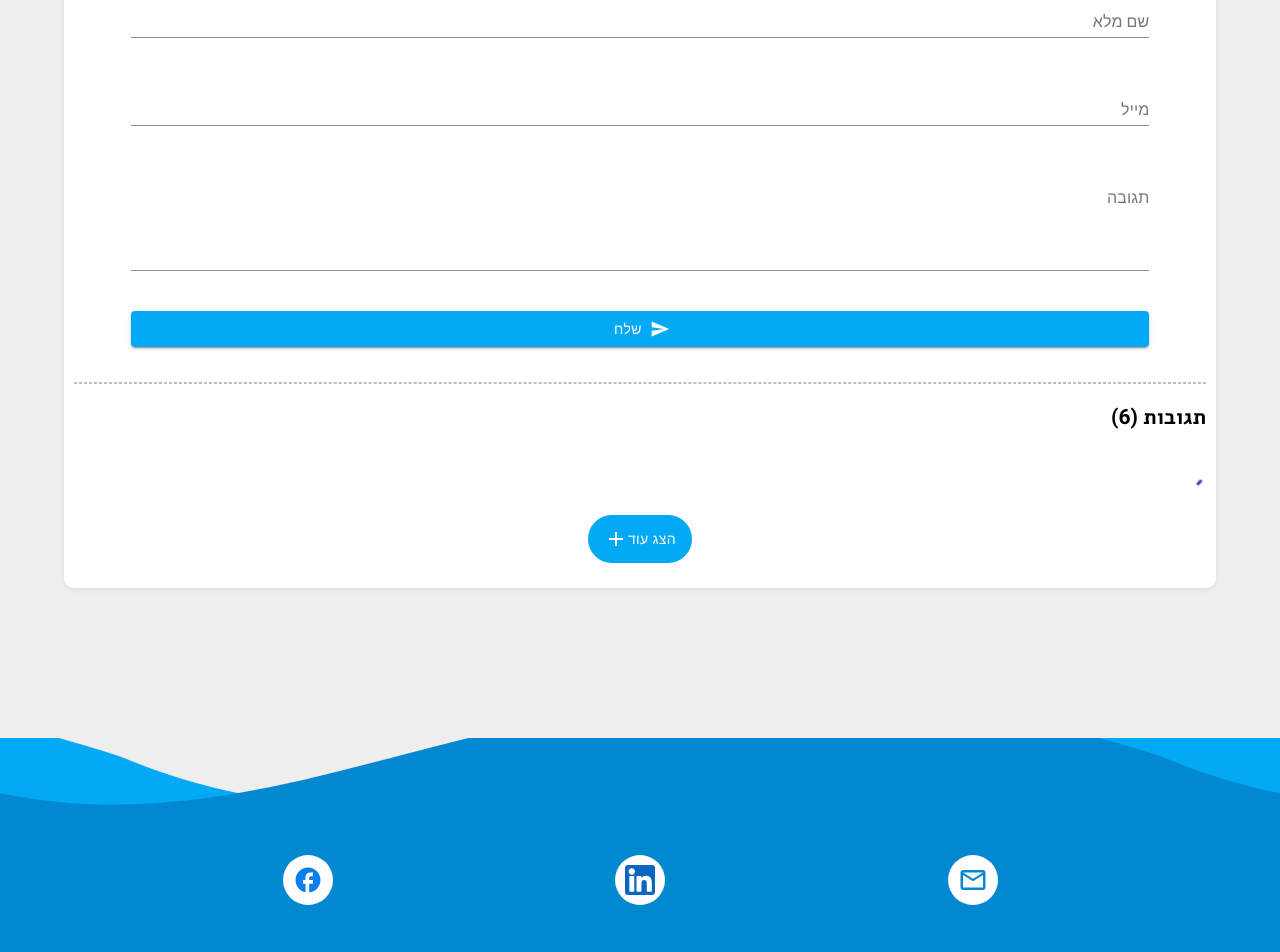
Repository: Ylan-sayada/blog-web-junior
Page: /article/1
These files come from the project's save history. The page is drawn as it stood at one moment and after the next save; the edit follows.
The browser window is 1280 px wide. The pictures show the part of the page from y = 693 to 1645 px (the page is 1645 px tall before and 1640 px after).
The project was rebuilt for these pictures with package versions that can differ from the ones it lists, and the page was loaded fresh each time. Also part of the build but not shown: src/common/mainComponents/Header.tsx, src/utils/isEmail.ts, src/common/vendorComponents/materialUi/input/NewsletterInput.tsx, src/utils/getRect.ts, src/common/mainComponents/Newsletter.tsx, src/common/components/ect/Img.tsx, src/common/components/ect/PreviewArticle.tsx, src/common/mainComponents/ArticleWidgetGenerator.tsx and 5 more.

Above is the page before, as saved 2021-06-04 12:02:55.

### src/common/mainComponents/Main.tsx
import React from 'react';
import Home from './Home';
import { Switch, Route } from "react-router-dom";
import Blog from './Blog';
import About from './About';
import Article from './Article';
export default function Main(): JSX.Element {

    return (
        <React.Fragment>
            <Switch>
                <Route exact path="/">
                    <Home />
                </Route>

                <Route path="/about">
                    <About />
                </Route>

                <Route path="/blog">
                    <Blog />
                </Route>
                <Route path="/article/:id" >
                    <Article />
                </Route>
            </Switch>
        </React.Fragment>
    )
}

### src/common/components/ect/CounterDay.tsx
import React from 'react'
import countDay from '../../../utils/countDay';

export default function CounterDay(props: { dateStart: Date, foundWork: boolean }) {
    let dayElapsed = countDay(props.dateStart);
    let classState = props.foundWork ? "green" : "yellow";
    //also if the mission is accomplished the counter will continue to count day.
    //to resolve this we should to stock the day that the mission is accomplished
    return (
        <div className={`counter-day ${classState}`}>
            <div>
                <p>{dayElapsed} <br /> <strong>{dayElapsed > 1 ? "ימים" : "יום"}</strong></p>
            </div>

            <div>
                <p dir="rtl">מצב המשימה העיקרית </p>
                <p className="bold">{props.foundWork ? "משימה הושלמה!" : "ממשיכים בהרפתקאות"} </p>
            </div>
        </div>
    )
}

### src/utils/LangContext.ts
import React from 'react'
const LangContext = React.createContext({});
export const langData = {
    "heb":{
        "Home":{
            "ArticleWidgetGenerator" :{
                    "latest":"פוסטים אחרונים",
                    "oldest" : "פוסטים ישנים",
                    "hotest" : "להיטים"
                }
        }
    },
    "eng":{
        "Home":{
            "ArticleWidgetGenerator" :{
                "latest":"פוסטים אחרונים",
                "oldest" : "פוסטים ישנים",
                "hotest" : "להיטים"
                }
        }
    }

};
export const LangProvider = LangContext.Provider;
export const LangConsumer = LangContext.Consumer;
export default LangContext;

### src/ressources/scss/index.scss
@import './helpers/variable.scss';
@import './base/reset.scss';
@import './helpers/fonctions';
@import './helpers/animations.scss';
@import './layout/header.scss';
@import './layout/nav.scss';
@import './layout/footer.scss';
@import './components/CounterDay.scss';
@import './components/RoundedIcone.scss';
@import './components/PreviewArticle.scss';
@import './components/socialIcones.scss';
@import './components/Newsletter.scss';
@import './components/TitleLine.scss';
@import './components/Img.scss';
@import './components/MiniPresentation.scss';
@import './components/Drawer.scss';
@import './components//Article.scss';
@import './base/generalConfig.scss';
@import './components/fineSep.scss';

### src/common/components/ect/ScrollTop.tsx
import { useEffect } from "react";
import { useLocation } from "react-router-dom";

export default function ScrollTop() {
    const { pathname } = useLocation();

    useEffect(() => {
        window.scrollTo(0, 0);
    }, [pathname]);

    return null;
}

### src/common/components/stylised title/TitleLine.tsx
import React from 'react'
import isHebrew from '../../../utils/isHebrew';
import GetTitle from '../ect/GetTitle';
interface ContainChildren<Type>{
    children:Type;
    size:SizeMode
}
type SizeMode = 'very small'| 'small' | 'medium' | 'large' | 'extra large';
export default function TitleLine(props:ContainChildren<string>){
    let initClass = isHebrew(props.children) ? "title-line heb" : "title-line eng";
    let initContent = isHebrew(props.children)?
     <React.Fragment><span className="line"/><span className="content">{props.children}</span></React.Fragment>
     :
     <React.Fragment><span className="content">{props.children}</span><span className="line"/></React.Fragment>

    return (
        <React.Fragment>
            <GetTitle size={props.size} className={initClass}>{initContent}</GetTitle>
        </React.Fragment>
    );
}

### src/common/components/hoc/WithLink.tsx
import React from 'react';
import { Link } from 'react-router-dom';
import isExternal from '../../../utils/isExternal';
declare namespace JSX {

    class ObjectContainsProps<ContainSomething>{
        props:ContainSomething;
    }
}
interface ContainUrl{
    link : string;
}
/**
 * @param El React element we want to add url
 * @param url Url added to the El
 * @returns
 */
function WithLink(El:React.ReactElement,url?:string):React.ReactElement;
/**
 * @param El React element we want to add url should contain link props
 * @returns
 */
function WithLink (El:JSX.ObjectContainsProps<ContainUrl>,url:string=""):React.ReactElement{
    let link = url === "" ? El.props.link : url ;
    let Parent = isExternal(link) ?
    <a href={link} target="_blank" rel="noreferrer">{El}</a>   :   <Link to={link}>{El}</Link>
    return (
        <React.Fragment>
        {Parent}
        </React.Fragment>
    )
}
export default WithLink

### src/common/components/sep/FineSep.tsx
import React from 'react'

export default function FineSep(props: { dashed?: boolean }) {
    return (
        <div className={`fine-sep ${props.dashed ? 'dashed' : ''}`} ></div>
    )
}

### src/common/components/ect/MiniPresentation.tsx
import React from 'react'
import RoundedIcone from './RoundedIcone'

export default function MiniPresentation(props: any) {
    return (
        <div className="mini-presentation">
            <h3 style={{ color: "black" }}>{props.name}</h3>
            <span className="sub-desc">{props.titleDesc}</span>
            <RoundedIcone width="80px" image={props.image} />
            <p>{props.desc}</p>
        </div>
    )
}

### src/utils/countDay.ts
export default function countDay(dateStart:Date,dateEnd?:Date){
    let res = typeof(dateEnd) != 'undefined' ?dateEnd.getTime() - dateStart.getTime() : Date.now() - dateStart.getTime();
    res = (res / (1000*60*60*24));
    return Math.floor(res);
}

### src/ressources/scss/helpers/variable.scss
$base-color:#03A9F4;
$secondary-color:#0288D1;
$text-light-color:#FFFFFF;
$text-dark-color:#212121;
$text-dark-secondary-color:#757575;
$divider-color:#BDBDBD;
$big:1.4rem;
$small:0.8rem;
$nav-height:56px;
$facebook: #097feb;
$twitter:#1c9cea;
$linkedin:#0a66c2;

### src/ressources/scss/helpers/fonctions/index.scss
@import './imgBackground.scss';

### src/ressources/scss/helpers/fonctions/imgBackground.scss
@mixin imgBackground($img){
    background-image: url($img);
    background-repeat: no-repeat;
    background-size: cover;
}

### src/ressources/scss/helpers/animations.scss
@keyframes addedContent{
    0%{
        position: relative;
        top: 0px;
        transform: rotate(0);
    }
    25%{
        top: -15px;
        transform: rotate(10deg);
    }
    50%{
        top: 0px;
        transform: rotate(0);
    }
    75%{
        top: 15px;
        transform: rotate(-10deg);
    }
    100%{
        top: 1px;
        transform: rotate(0);
    }
}
@keyframes opacityTransition {
    from{
        opacity: 0;
    }
    to{
        opacity: 1;
    }
}

### src/ressources/scss/layout/header.scss
.header {
    @include imgBackground('/ressources/img/code.jpg');
    height: calc(100vh - #{$nav-height});
    display: flex;
    justify-content: center;
    width: 100vw;

    .content-header {
        display: flex;
        flex-direction: column;
        justify-content: space-evenly;
        padding: 20px;
        background-color: rgba(255, 255, 255, 0.9);
        align-self: center;
        width: 80%;
        height: 80%;
        h1{
            color: $base-color;
            font-weight: bold;
            font-size: 1.5em;
            text-align: center;
        }
        p{
            text-align: right;
            font-size: 0.9em;
            line-height: 1.2em;
        }
        .header-button{
            width:100%;
            color: $text-light-color;
            background-color: $text-dark-color;
        }

    }
}

### src/ressources/scss/layout/nav.scss
@import '../helpers/variable' ;
.navBar{
    background-color: $base-color;
    color: $text-light-color;
    justify-content: space-between;

    .right-side{
        display: flex;
        align-items:center;
    }
}

### src/ressources/scss/layout/footer.scss
.footer-content {

    .socialIcones {
        align-items: center;
        height: 20vh;
        background-color: $secondary-color;

        a {
            display: flex;
            background-color: white;
            padding: 10px;
            border-radius: 100%;

            &.facebook-icone {
                color: $facebook;
            }

            &.linkedin-icone {
                color: $linkedin;
            }

            &.mail-icone {
                color: $secondary-color;
            }
        }
    }


}

### src/ressources/scss/components/CounterDay.scss
.counter-day{
    display: flex;
    justify-content: space-evenly;
    padding: 5px;

    font-size: $small;
    >div{
        align-self: center;
        text-align: center;
    }
    &.green{
        background-color: green;
        color:$text-light-color;
    }
    &.yellow{
        background-color: yellow;
        color:$text-dark-color;
    }
}

### src/ressources/scss/components/RoundedIcone.scss
.roundedIcone{
    border-radius: 80%;
    background-repeat: no-repeat;
    background-size:contain;
    background-position: center;
}

### src/ressources/scss/components/subDesc.scss
.sub-desc{
    color:$text-dark-secondary-color;
    font-size: $small;
}

### src/ressources/scss/components/socialIcones.scss
@import '../helpers/flexPlacement';
.socialIcones{
    @extend .inlineFlex;
    @extend .equalSpace;
    width:100%;
     & svg{
         width: 30px;
         height:30px;

     }
}

### src/ressources/scss/helpers/flexPlacement.scss
.inlineFlex{
    display: flex;
}
.equalSpace{
    justify-content: space-evenly;
}

### src/ressources/scss/components/Newsletter.scss
.newsletter {
    display: flex;
    flex-direction: column;
    text-align: center;
    padding: 20px 0;
    line-height: 1.5rem;
    >svg {
        background-color: $base-color;
        border-radius: 100%;
        padding: 5px;
        align-self: center;
        fill: $text-light-color;
        font-size: 2.5rem;
        margin: 20px;
    }

    p {
        display: flex;
        align-items: center;
        justify-content: center;



    }

    .newsletter.send {
        justify-content: center;

        .opacityTransition {
            font-weight: bold;
            white-space: nowrap;
            animation: opacityTransition 1s linear;
        }

        .sendSvg {
            margin-right: 30px;
            color: green;
            animation: addedContent 3s linear alternate;
        }
    }

    @import './NewsletterInput.scss';
}

### src/ressources/scss/components/NewsletterInput.scss
@use '../vendors/material-ui/resetInput';

.newsletter-input {
  display: flex;
  justify-content: space-evenly;
  flex-direction: column;

  >* {
    margin: 10px 0;
  }

  label {
    right: 0;
    left: auto;
  }

  @include resetInput.resetInput;
}

### src/ressources/scss/vendors/material-ui/resetInput.scss
@use '../../helpers/variable.scss'as variable;

@mixin resetInput {

    .MuiFormLabel-root.Mui-focused {
        color: variable.$base-color !important;
    }


    .MuiInput-underline::after {
        border-bottom: 2px solid variable.$base-color !important;
    }


    button {
        background-color: variable.$base-color !important;
        color: variable.$text-light-color !important;
    }

}

### src/ressources/scss/components/TitleLine.scss
.title-line {
    display: flex;
    margin: 10px 0;
    .content {
        font-size: 1.2em;
        font-weight: bold;
        flex-grow: 1;
        text-align: center;
    }

    .line {
        flex-grow: 10;
        display: flex;
        align-self: center;
        justify-content: space-around;
    }

    .line::after,
    .line::before {
        content: "";
        display: flex;
        height: 1px;
        width: 50%;
        align-self: baseline;
    }

    &.eng {
        .line::after {
            background-color: #e2e2e2;
        }

        .line::before {
            background: linear-gradient(to right, #bfa279, #e2e2e2);
        }
    }

    &.heb {
        .line::after {
            background: linear-gradient(to left, #bfa279, #e2e2e2);
        }

        .line::before {
            background-color: #e2e2e2;
        }
    }
}

### src/ressources/scss/components/Img.scss
.img-div {
    width: 100vw;
    min-height: 180px;
    height: auto;
    background-size: cover;
}

### src/ressources/scss/components/MiniPresentation.scss
@import './subDesc.scss';
.mini-presentation{
    text-align: center;
    & h1{
        font-weight: bold;
    }
    & .roundedIcone{
        margin: 20px auto;
    }
    & p{
        line-height: 1.4em;
    }
}

### src/ressources/scss/components/Drawer.scss
@import './socialIcones.scss';
.content-drawer{
    overflow-y:scroll;
    padding: 0 5%;
    & >*{
        margin: 0 0 40px 0;
    }
}

### src/ressources/scss/components/MessageInterface.scss
@use './MessageForm.scss'as form;

@mixin messageInterface {
    .message-interface {
        .message {
            margin: 10px 0;
        }
    }

    @include form.messageForm;
}

### src/ressources/scss/components/MessageForm.scss
@use '../vendors/material-ui/resetInput';

@mixin messageForm {
    .add-message-form {
        display: flex;
        flex-direction: column;
        align-items: center;

        >* {
            width: 90%;
            margin: 20px 0;
        }

        label {
            right: 0;
            left: auto;
        }

        @include resetInput.resetInput;
    }
}

### src/ressources/scss/base/generalConfig.scss
@import './typography.scss';

body {
    font-size: 18px;
    overflow-x: hidden;
    min-height: 100vh;
    position: relative;
    font-family: Roboto, Alef;

}

html {
    scroll-behavior: smooth;
}

.bold {
    font-weight: bold;
}

.italic {
    font-style: italic;
}

.only-desktop {
    display: none !important;
}

h1,
h2,
h3,
h4,
h5 {
    &.blue {
        color: $base-color;
    }
}

.header~div:not(.footer) {
    width: 90%;
    margin: 0 auto;
}

.no-scroll {
    height: 100%;
    overflow: hidden;
}

@media only screen and (min-width:1000px) {
    .only-desktop {
        display: initial !important;
    }
}

### src/ressources/scss/base/typography.scss
@font-face {
    font-family: Roboto;
    src: url('../../fonts/Roboto/Roboto-Light.ttf');
}
  @font-face {
    font-family: Roboto;
    src: url('../../fonts/Roboto/Roboto-Bold.ttf');
    font-weight: bold;
  }
  @font-face {
    font-family: Roboto;
    src: url('../../fonts/Roboto/Roboto-Italic.ttf');
    font-style: italic;
}
@font-face {
  font-family: Alef;
  src: url('../../fonts/Alef/Alef-Regular.ttf');
}
@font-face {
  font-family: Alef;
  src: url('../../fonts/Alef/Alef-Bold.ttf');
  font-weight: bold;
}

### src/ressources/scss/components/fineSep.scss
@use '../helpers/variable.scss'as variable;

.fine-sep:not(.dashed) {
    height: 1px;
    width: 100%;
    background-color: variable.$divider-color;
    margin: 20px 0;
}

.fine-sep.dashed {
    border: 1px dashed variable.$divider-color;
}

### src/common/components/ect/RoundedIcone.tsx
import React from 'react';
import WithLink from '../hoc/WithLink'
import isUndefined from '../../../utils/isUndefined';

interface propsIcone {
  customstyle?: React.CSSProperties,
  link?: string,
  width?: number | string,
  image: String | HTMLImageElement,
}

export default function RoundedIcone(props: propsIcone): any {
  let { width, link, image, customstyle } = props;
  let height;
  width = height = isUndefined(width) ? 40 + "px" : width;

  let initialBaseComponent = <div className="roundedIcone" {...props} style={{ ...customstyle, width: width, height: height, backgroundImage: `url(${image})` }}></div>;
  let FinalRes = isUndefined(link) ? initialBaseComponent : WithLink(initialBaseComponent);
  return (
    <React.Fragment>
      {FinalRes}
    </React.Fragment>
  );
}

### src/common/components/ect/MessageInterface.tsx
import React, { useEffect, useState } from 'react'
import MessageForm from '../../vendorComponents/materialUi/input/MessageForm'
import FineSep from '../sep/FineSep';
import AddIcon from '@material-ui/icons/Add';
import ExtendedBtn from '../buttons/ExtendedBtn';
import { CircularProgress } from '@material-ui/core';
import Comments from './Comments';
let msg = { author: "John doe", date: new Date().toLocaleDateString(), msg: " לורם איפסום דולור סיט אמט, קונסקטורר אדיפיסינג אלית לפרומי בלוף קינץ תתיח לרעח. לת צשחמי צש בליא, מנסוטו צמלח לביקו ננבי, צמוקו בלוקריה שיצמה ברורק. קוואזי במר מודוף. אודיפו בלאסטיק מונופץ קליר, בנפת נפקט למסון בלרק - וענוף לפרומי בלוף" }
let msgList = [msg, msg, msg, msg, msg, msg];
let getMsg = async (id?: string) => {
    let result = new Promise((resolve, reject) => {
        setTimeout(() => {
            resolve(msgList);
        }, 6000);
    });
    return await result;
}


export default function MessageInterface() {
    let [comments, setComments] = useState([]);
    useEffect(() => {
        getMsg()
            .then((result: any) => setComments(result));

    }, [])
    console.log(comments);

    return (
        <div className="message-interface">
            <h3>הוסף תגובה</h3>
            <MessageForm action="/api/sendMessage" />
            <FineSep dashed />
            <h3>תגובות (6)  </h3>
            {comments.length === 0 ? <CircularProgress style={{ margin: "0 auto" }} /> : comments.filter((comment, index) => index < 3).map((comment, index) => {
                return <Comments comments={comment} key={index} />
            })}
            <div style={{
                display: 'flex', justifyContent: 'center'
            }}>
                < ExtendedBtn customStyle={{ backgroundColor: '#03a9f4', color: '#fff', margin: "20px 0" }}>
                    <span>הצג עוד</span>
                    <AddIcon />
                </ExtendedBtn>
            </div >
        </div >
    )
}

### src/utils/isHebrew.ts
export default function containsHeb(str:string) {
    return (/[\u0590-\u05FF]/).test(str);
}

### src/common/components/ect/GetTitle.tsx
import React from 'react';
type SizeMode = 'very small' | 'small' | 'medium' | 'large' | 'extra large';
export default function GetTitle(props: { size: SizeMode, className: string, children: any }) {
    let { size, className, children } = props;
    let listOfTitle = {
        'very small': <h5 className={className}>{children}</h5>,
        'small': <h4 className={className}>{children}</h4>,
        'medium': <h3 className={className}>{children}</h3>,
        'large': <h2 className={className}>{children}</h2>,
        'extra large': <h1 className={className}>{children}</h1>
    }
    return (
        <React.Fragment>
            {listOfTitle[size]}
        </React.Fragment>
    )
}

### src/utils/isExternal.ts
export default function isExternal(link:string) {
    return (link.split('/')[0] === "https:"? true : false);
}

### src/ressources/scss/components/Wave.scss
.waves {
    position: relative;

    width: 100%;
    max-height: 500px;
    height: auto;
    min-height: 70px;
    overflow: hidden;
    transition: .4s transform ease;
    transform-origin: bottom center;

}

.wave {
    position: absolute;
    bottom: -1px;
    left: 0;
    width: 100%;
    height: 30%;
    animation: wave 3.0s linear infinite;
}

.wave-light {
    z-index: 2;
    color: #0288D1;
}

.wave-dark {
    z-index: 1;
    color: #03A9F4;

    animation-direction: reverse;
}

.water {
    position: absolute;
    bottom: 0;
    left: 0;
    width: 100%;
}

.water svg {
    position: absolute;
    width: 100%;
    left: 0;
    right: 0;
    bottom: 99.9%;
}

.water:first-of-type {
    transform: translate(-100%, 0);
}

svg {
    fill: currentColor;
}

@keyframes wave {
    0% {
        transform: translate3d(0, 1px, 0);
    }


    100% {
        transform: translate3d(100%, 1px, 0);
    }
}

### src/utils/isUndefined.ts
export default function isUndefined(element:any):boolean{
    return typeof element === 'undefined';
}

### src/common/vendorComponents/materialUi/input/MessageForm.tsx
import React from 'react'
import { Button, TextField } from '@material-ui/core';
import SendIcon from '@material-ui/icons/Send';
export default function MessageForm(props: { action: string }) {
    return (
        <form action={props.action} className="add-message-form" >
            <TextField label="שם מלא" />
            <TextField dir="ltr" label="מייל" />
            <TextField
                id="standard-textarea"
                label="תגובה"
                rows="4"
                multiline
            />
            <Button
                dir="ltr"
                type="submit"
                variant="contained"
                endIcon={<SendIcon />}
            >
                שלח
            </Button>
        </form>
    )
}

### src/common/components/buttons/ExtendedBtn.tsx
import React from 'react';
import { Fab } from '@material-ui/core';
import { CSSProperties } from '@material-ui/styles';
export default function ExtendedBtn(props: { customStyle?: CSSProperties, children: any }) {
    return (
        <Fab style={{ ...props.customStyle, boxShadow: 'none' }} variant="extended" aria-label="add">
            {props.children}
        </Fab>
    )
}

Loaded but not shown: public/index.html (common file); src/index.tsx (common file); src/common/mainComponents/Nav.tsx (99 lines, source omitted); src/common/mainComponents/Article.tsx (68 lines, source omitted); src/common/vendorComponents/PersistentDrawer.tsx (86 lines, source omitted); src/common/mainComponents/SocialPanel.tsx (50 lines, source omitted); src/common/vendorComponents/materialUi/input/SearchInput.tsx (61 lines, source omitted); src/ressources/scss/components/Article.scss (74 lines, source omitted); src/common/mainComponents/Wave.tsx (28 lines, source omitted); src/common/mainComponents/Footer.tsx (28 lines, source omitted); src/ressources/scss/components/SocialPanel.scss (61 lines, source omitted); src/ressources/scss/base/reset.scss (55 lines, source omitted); src/ressources/scss/components/PreviewArticle.scss (66 lines, source omitted); src/App.tsx (32 lines, source omitted)

After the next save:
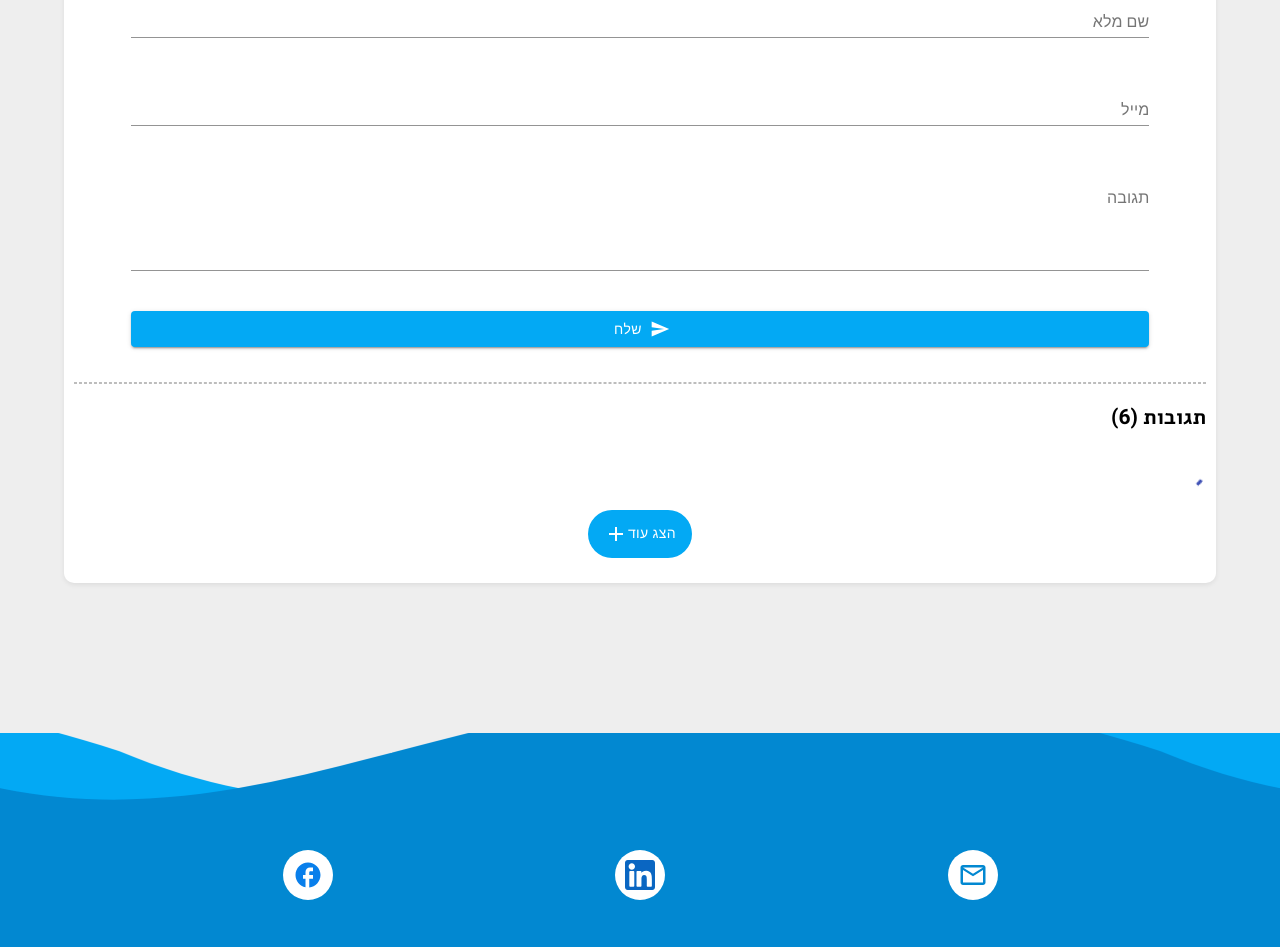
Saved 40 s later.
--- a/src/common/components/ect/MessageInterface.tsx
+++ b/src/common/components/ect/MessageInterface.tsx
@@ -32,7 +32,7 @@ export default function MessageInterface() {
             <MessageForm action="/api/sendMessage" />
             <FineSep dashed />
             <h3>תגובות (6)  </h3>
-            {comments.length === 0 ? <CircularProgress style={{ margin: "0 auto" }} /> : comments.filter((comment, index) => index < 3).map((comment, index) => {
+            {comments.length === 0 ? <CircularProgress style={{ display: "flex", alignSelf: "center" }} /> : comments.filter((comment, index) => index < 3).map((comment, index) => {
                 return <Comments comments={comment} key={index} />
             })}
             <div style={{
